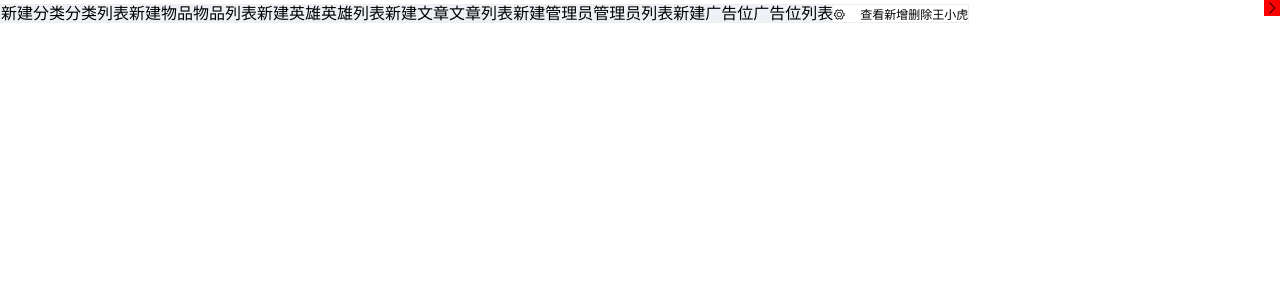
Repository: zqw980624/aaa
Page: / (app in admin/)
The author's editor kept a copy of each file at every save. The page is drawn from the files as they stood at one save, then again after the next save.
The browser window is 1280 px wide. The pictures show the whole page.
The project was rebuilt for these pictures with package versions that can differ from the ones it lists, and the page was loaded fresh each time. Also part of the build but not shown: admin/src/views/CategoryEditor.vue, admin/src/views/CategoryList.vue, admin/src/views/ItemEditor.vue, admin/src/views/ItemList.vue, admin/src/views/HeroEditor.vue, admin/src/views/HeroList.vue, admin/src/views/ArticleEditor.vue, admin/src/views/ArticleList.vue and 4 more. Imported but missing from the stored project, and not drawn on this page: admin/src/plugins/element.js.

Above is the page before, as saved 2020-03-09 22:54:59.

After the next save:
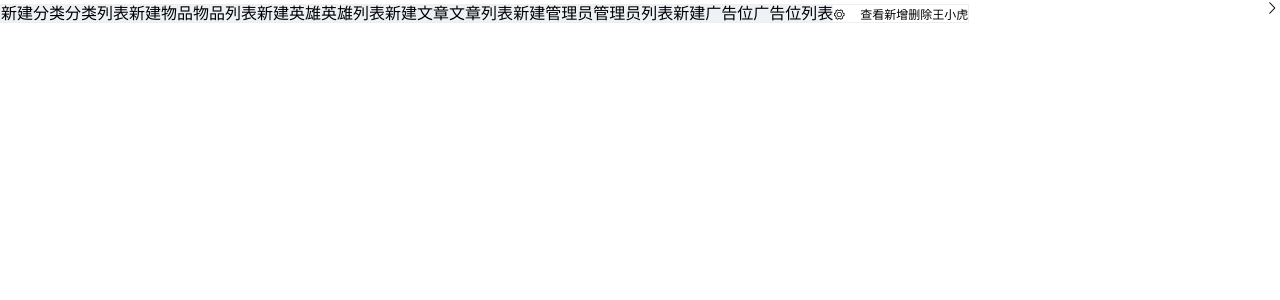
Saved 8 s later.
--- a/admin/src/views/Main.vue
+++ b/admin/src/views/Main.vue
@@ -105,7 +105,7 @@ export default {
 </script>
 <style>
 .toggle{
-  background: red;
+
   float: right;
 }
 .el-header {
